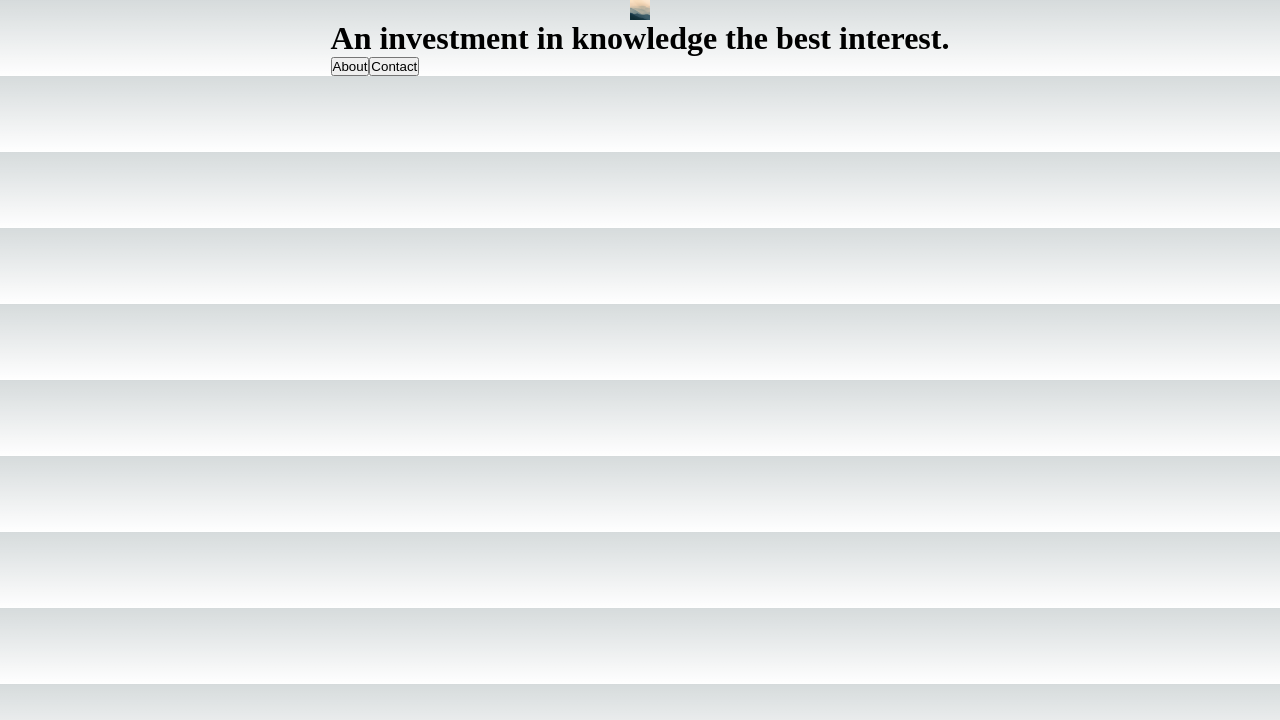
Repository: SanlyLp/assignment-1-playwright-site-a01182379
Page: /
These files come from the project's save history. The page is drawn as it stood at one moment and after the next save; the edit follows.
The browser window is 1280 px wide. The pictures show the whole page.
The project was rebuilt for these pictures with package versions that can differ from the ones it lists, and the page was loaded fresh each time. The framework's server and built-in components were replaced by stand-ins that run in the browser. Also part of the build but not shown: next.config.js.

Above is the page before, as saved 2023-02-05 20:07:31.

### pages/_app.js
import '@/styles/globals.css'
import '../styles/variables.css'

export default function MyApp({ Component, pageProps }) {
  return <Component {...pageProps} />
}

### pages/index.js
import Head from 'next/head'
import { Inter } from '@next/font/google'
import styles from '@/styles/Home.module.css'
import Link from 'next/link';

const inter = Inter({ subsets: ['latin'] })

export default function Home() {
  return (
    <>
      <Head>
        <title>Home Page</title>
        <meta name="description" content="Generated by create next app" />
        <meta name="viewport" content="width=device-width, initial-scale=1" />
        <link rel="icon" href="/favicon.ico" />
      </Head>
      <main className={styles.main}>
        <div className={styles.bg}>

        </div>
        <div>
          <h1>An investment in knowledge
            the best interest.
          </h1>
          <Link href="/about">
            <button>About</button>
          </Link>
          <Link href="/contact">
            <button>Contact</button>
          </Link>
        </div>
      </main>
    </>
  )
}

### styles/globals.css
:root {
  --max-width: 1100px;
  --border-radius: 12px;
  --font-mono: ui-monospace, Menlo, Monaco, 'Cascadia Mono', 'Segoe UI Mono',
    'Roboto Mono', 'Oxygen Mono', 'Ubuntu Monospace', 'Source Code Pro',
    'Fira Mono', 'Droid Sans Mono', 'Courier New', monospace;

  --foreground-rgb: 0, 0, 0;
  --background-start-rgb: 214, 219, 220;
  --background-end-rgb: 255, 255, 255;

  --primary-glow: conic-gradient(
    from 180deg at 50% 50%,
    #16abff33 0deg,
    #0885ff33 55deg,
    #54d6ff33 120deg,
    #0071ff33 160deg,
    transparent 360deg
  );
  --secondary-glow: radial-gradient(
    rgba(255, 255, 255, 1),
    rgba(255, 255, 255, 0)
  );

  --tile-start-rgb: 239, 245, 249;
  --tile-end-rgb: 228, 232, 233;
  --tile-border: conic-gradient(
    #00000080,
    #00000040,
    #00000030,
    #00000020,
    #00000010,
    #00000010,
    #00000080
  );

  --callout-rgb: 238, 240, 241;
  --callout-border-rgb: 172, 175, 176;
  --card-rgb: 180, 185, 188;
  --card-border-rgb: 131, 134, 135;
}
::-webkit-scrollbar {
  width: 10px;
  background-color:var( --ternary-color)
}

::-webkit-scrollbar-thumb {
  background-color:var(--primary-color);
  border-radius: 10px;
}

::-webkit-scrollbar-thumb:hover {
  background-color:var(--quaternary-color)
}


@media (prefers-color-scheme: dark) {
  :root {
    --foreground-rgb: 255, 255, 255;
    --background-start-rgb: 0, 0, 0;
    --background-end-rgb: 0, 0, 0;

    --primary-glow: radial-gradient(rgba(1, 65, 255, 0.4), rgba(1, 65, 255, 0));
    --secondary-glow: linear-gradient(
      to bottom right,
      rgba(1, 65, 255, 0),
      rgba(1, 65, 255, 0),
      rgba(1, 65, 255, 0.3)
    );

    --tile-start-rgb: 2, 13, 46;
    --tile-end-rgb: 2, 5, 19;
    --tile-border: conic-gradient(
      #ffffff80,
      #ffffff40,
      #ffffff30,
      #ffffff20,
      #ffffff10,
      #ffffff10,
      #ffffff80
    );

    --callout-rgb: 20, 20, 20;
    --callout-border-rgb: 108, 108, 108;
    --card-rgb: 100, 100, 100;
    --card-border-rgb: 200, 200, 200;
  }
}

* {
  box-sizing: border-box;
  padding: 0;
  margin: 0;
}

html,
body {
  max-width: 100vw;
  overflow-x: hidden;
}

body {
  color: rgb(var(--foreground-rgb));
  background: linear-gradient(
      to bottom,
      transparent,
      rgb(var(--background-end-rgb))
    )
    rgb(var(--background-start-rgb));
}

a {
  color: inherit;
  text-decoration: none;
}

@media (prefers-color-scheme: dark) {
  html {
    color-scheme: dark;
  }
}

### styles/variables.css
:root{
    --primary-color: #fff;
    --secondary-color: #f4d6b9;
    --ternary-color: #7796a4;
    --quaternary-color: #14343d;
    --quinary-color: rgb(16,46,53,0.5);
}

### styles/Home.module.css
.main {
  display: flex;
  flex-direction: column;
  justify-content: space-between;
  align-items: center;


}
.bg{
  background-image: url("../public/background-images/backgroundMountain.jpg");
  background-size: cover;
  background-repeat: no-repeat;
  background-position: center;
  padding: 10px;
  margin: auto;
}

.description {
  display: inherit;
  justify-content: inherit;
  align-items: inherit;
  font-size: 0.85rem;
  max-width: var(--max-width);
  width: 100%;
  z-index: 2;
  font-family: var(--font-mono);
}

.description a {
  display: flex;
  justify-content: center;
  align-items: center;
  gap: 0.5rem;
}

.description p {
  position: relative;
  margin: 0;
  padding: 1rem;
  background-color: rgba(var(--callout-rgb), 0.5);
  border: 1px solid rgba(var(--callout-border-rgb), 0.3);
  border-radius: var(--border-radius);
}

.code {
  font-weight: 700;
  font-family: var(--font-mono);
}

.grid {
  display: grid;
  grid-template-columns: repeat(4, minmax(25%, auto));
  width: var(--max-width);
  max-width: 100%;
}

.card {
  padding: 1rem 1.2rem;
  border-radius: var(--border-radius);
  background: rgba(var(--card-rgb), 0);
  border: 1px solid rgba(var(--card-border-rgb), 0);
  transition: background 200ms, border 200ms;
}

.card span {
  display: inline-block;
  transition: transform 200ms;
}

.card h2 {
  font-weight: 600;
  margin-bottom: 0.7rem;
}

.card p {
  margin: 0;
  opacity: 0.6;
  font-size: 0.9rem;
  line-height: 1.5;
  max-width: 30ch;
}

.center {
  display: flex;
  justify-content: center;
  align-items: center;
  position: relative;
  padding: 4rem 0;
}

.center::before {
  background: var(--secondary-glow);
  border-radius: 50%;
  width: 480px;
  height: 360px;
  margin-left: -400px;
}

.center::after {
  background: var(--primary-glow);
  width: 240px;
  height: 180px;
  z-index: -1;
}

.center::before,
.center::after {
  content: '';
  left: 50%;
  position: absolute;
  filter: blur(45px);
  transform: translateZ(0);
}

.logo,
.thirteen {
  position: relative;
}

.thirteen {
  display: flex;
  justify-content: center;
  align-items: center;
  width: 75px;
  height: 75px;
  padding: 25px 10px;
  margin-left: 16px;
  transform: translateZ(0);
  border-radius: var(--border-radius);
  overflow: hidden;
  box-shadow: 0px 2px 8px -1px #0000001a;
}

.thirteen::before,
.thirteen::after {
  content: '';
  position: absolute;
  z-index: -1;
}

/* Conic Gradient Animation */
.thirteen::before {
  animation: 6s rotate linear infinite;
  width: 200%;
  height: 200%;
  background: var(--tile-border);
}

/* Inner Square */
.thirteen::after {
  inset: 0;
  padding: 1px;
  border-radius: var(--border-radius);
  background: linear-gradient(
    to bottom right,
    rgba(var(--tile-start-rgb), 1),
    rgba(var(--tile-end-rgb), 1)
  );
  background-clip: content-box;
}

/* Enable hover only on non-touch devices */
@media (hover: hover) and (pointer: fine) {
  .card:hover {
    background: rgba(var(--card-rgb), 0.1);
    border: 1px solid rgba(var(--card-border-rgb), 0.15);
  }

  .card:hover span {
    transform: translateX(4px);
  }
}

@media (prefers-reduced-motion) {
  .thirteen::before {
    animation: none;
  }

  .card:hover span {
    transform: none;
  }
}

/* Mobile */
@media (max-width: 700px) {
  .content {
    padding: 4rem;
  }

  .grid {
    grid-template-columns: 1fr;
    margin-bottom: 120px;
    max-width: 320px;
    text-align: center;
  }

  .card {
    padding: 1rem 2.5rem;
  }

  .card h2 {
    margin-bottom: 0.5rem;
  }

  .center {
    padding: 8rem 0 6rem;
  }

  .center::before {
    transform: none;
    height: 300px;
  }

  .description {
    font-size: 0.8rem;
  }

  .description a {
    padding: 1rem;
  }

  .description p,
  .description div {
    display: flex;
    justify-content: center;
    position: fixed;
    width: 100%;
  }

  .description p {
    align-items: center;
    inset: 0 0 auto;
    padding: 2rem 1rem 1.4rem;
    border-radius: 0;
    border: none;
    border-bottom: 1px solid rgba(var(--callout-border-rgb), 0.25);
    background: linear-gradient(
      to bottom,
      rgba(var(--background-start-rgb), 1),
      rgba(var(--callout-rgb), 0.5)
    );
    background-clip: padding-box;
    backdrop-filter: blur(24px);
  }

  .description div {
    align-items: flex-end;
    pointer-events: none;
    inset: auto 0 0;
    padding: 2rem;
    height: 200px;
    background: linear-gradient(
      to bottom,
      transparent 0%,
      rgb(var(--background-end-rgb)) 40%
    );
    z-index: 1;
  }
}

/* Tablet and Smaller Desktop */
@media (min-width: 701px) and (max-width: 1120px) {
  .grid {
    grid-template-columns: repeat(2, 50%);
  }
}

@media (prefers-color-scheme: dark) {
  .vercelLogo {
    filter: invert(1);
  }

  .logo,
  .thirteen img {
    filter: invert(1) drop-shadow(0 0 0.3rem #ffffff70);
  }
}

@keyframes rotate {
  from {
    transform: rotate(360deg);
  }
  to {
    transform: rotate(0deg);
  }
}

Loaded but not shown: pages/_document.js (common file)

After the next save:
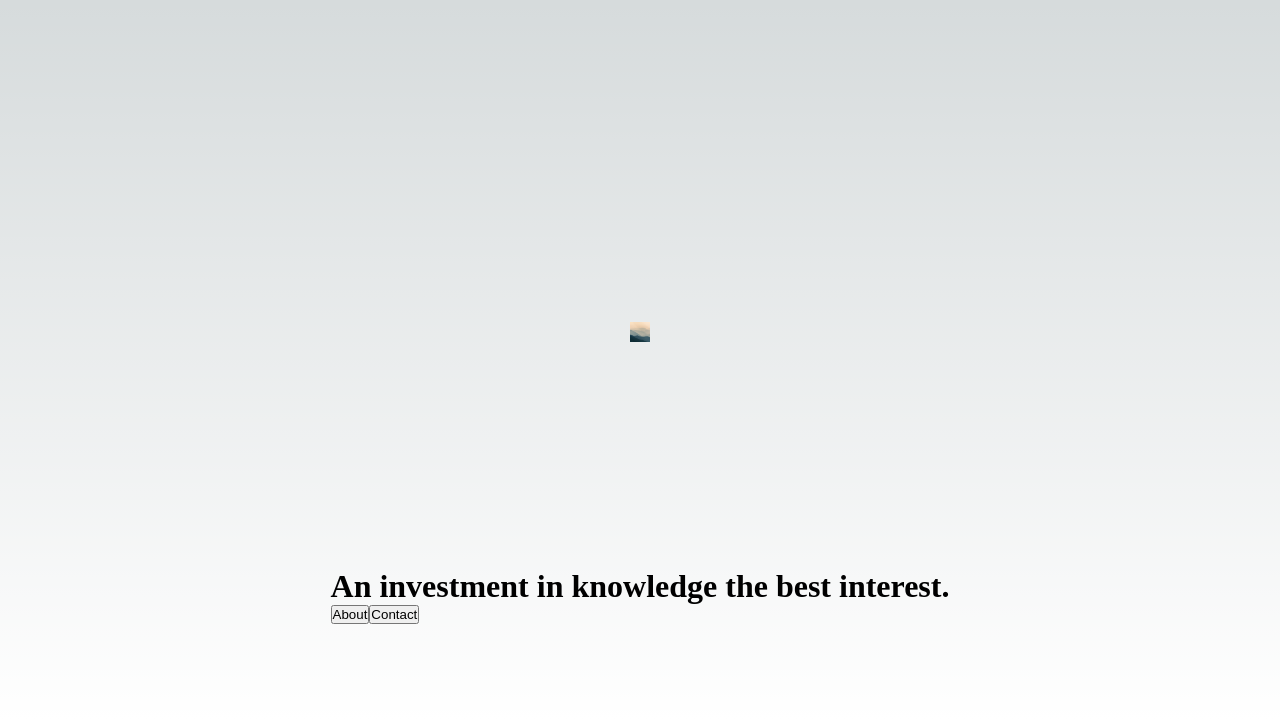
Saved 5 s later.
--- a/styles/Home.module.css
+++ b/styles/Home.module.css
@@ -3,8 +3,8 @@
   flex-direction: column;
   justify-content: space-between;
   align-items: center;
-
-
+  padding: 6rem;
+  min-height: 100vh;
 }
 .bg{
   background-image: url("../public/background-images/backgroundMountain.jpg");
